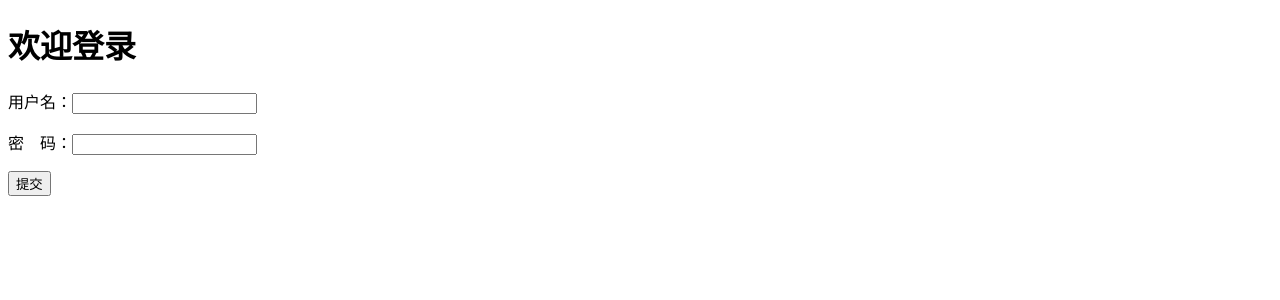
Repository: Nicoleqwerty/2018-
Page: web/hw3/WebContent/Login.html
An editor plug-in stored every save of this project. The page is shown before and after the next save, followed by the edit.
The browser window is 1280 px wide. The pictures show the whole page.

Above is the page before, as saved 2018-07-03 11:21:47.

After the next save:
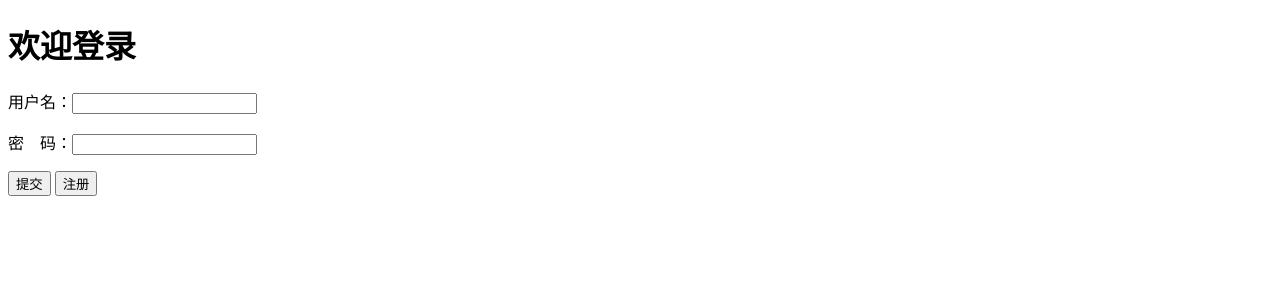
Saved 7 min 57 s later.
--- a/web/hw3/WebContent/Login.html
+++ b/web/hw3/WebContent/Login.html
@@ -4,6 +4,7 @@
 <meta charset="UTF-8">
 <title>登录</title>
 </head>
+<script type="text/javascript" src="D:\2018SUMMER实训\jquery-1.7.2.js"></script>
 <body>
 	<h1>欢迎登录</h1>
 	<div>
@@ -15,6 +16,7 @@
 			密&nbsp;&nbsp;&nbsp;&nbsp;码：<input name="mm" type="password">
 		</p>
 		<input type="submit" value="提交">
+		<input type="button" value="注册" id="registerBtn">
 	</form>
 	</div>
 </body>
